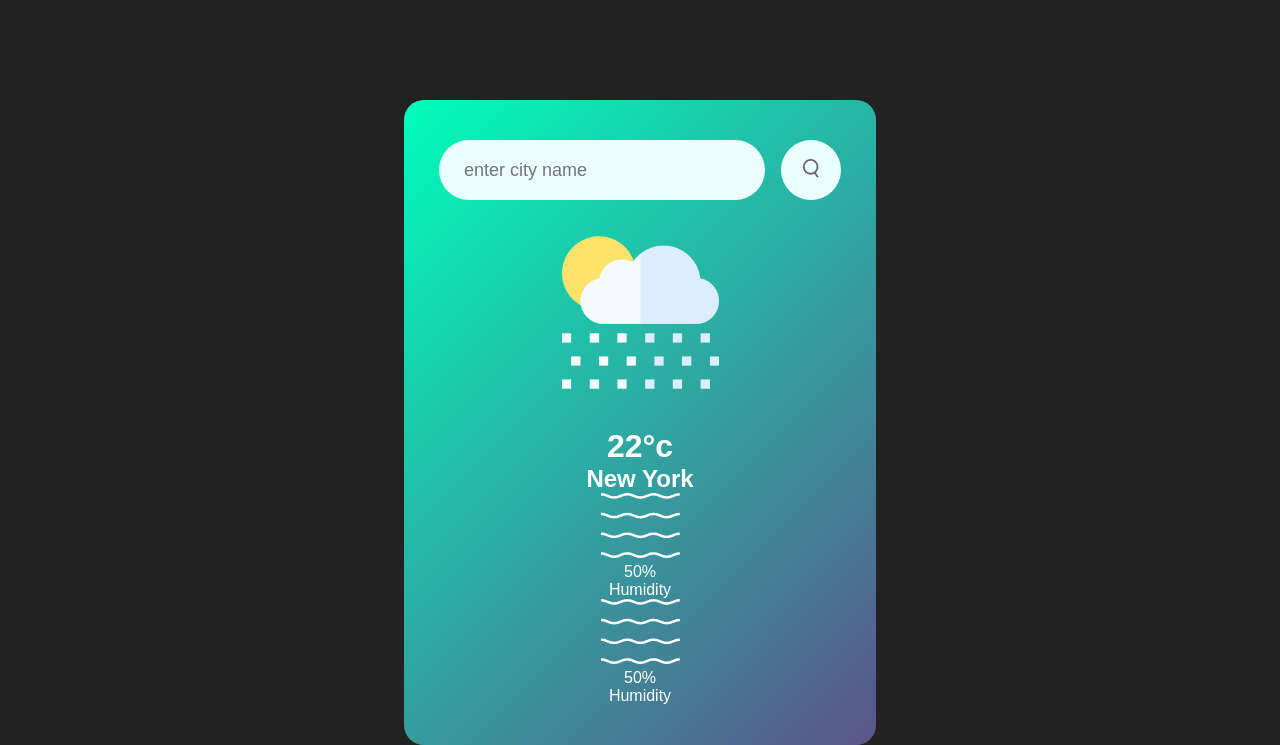
Repository: Rohit-foryou/Weather-app
Page: Weather App/Weather.html
An editor plug-in stored every save of this project. The page is shown before and after the next save, followed by the edit.
The browser window is 1280 px wide. The pictures show the whole page.

Above is the page before, as saved 2023-12-13 14:30:38.

After the next save:
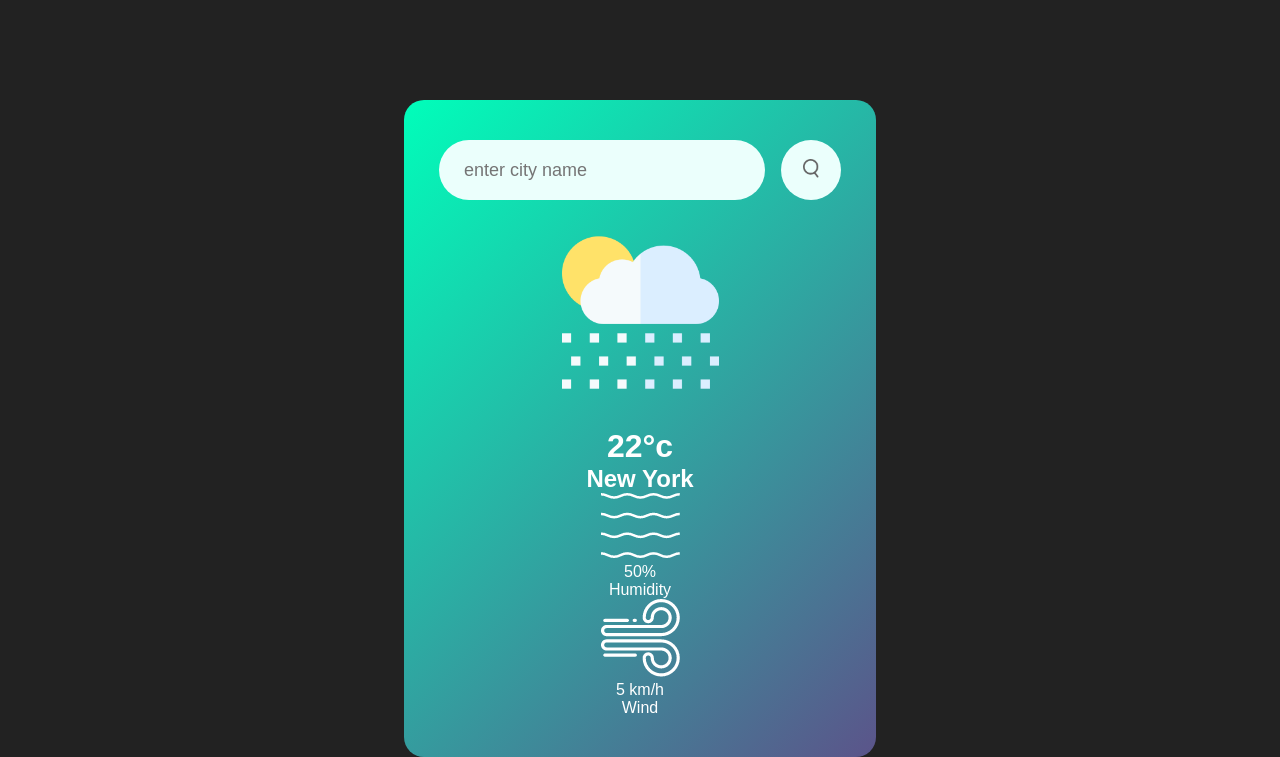
Saved 54 s later.
--- a/Weather App/Weather.html
+++ b/Weather App/Weather.html
@@ -25,10 +25,10 @@
                     </div>
                 </div>
                 <div class="col">
-                    <img src="Weather(Images)/humidity.png">
+                    <img src="Weather(Images)/wind.png">
                     <div>
-                        <p class="humidity">50%</p>
-                        <p>Humidity</p>
+                        <p class="wind">5 km/h</p>
+                        <p>Wind</p>
                     </div>
                 </div>
             </div>
